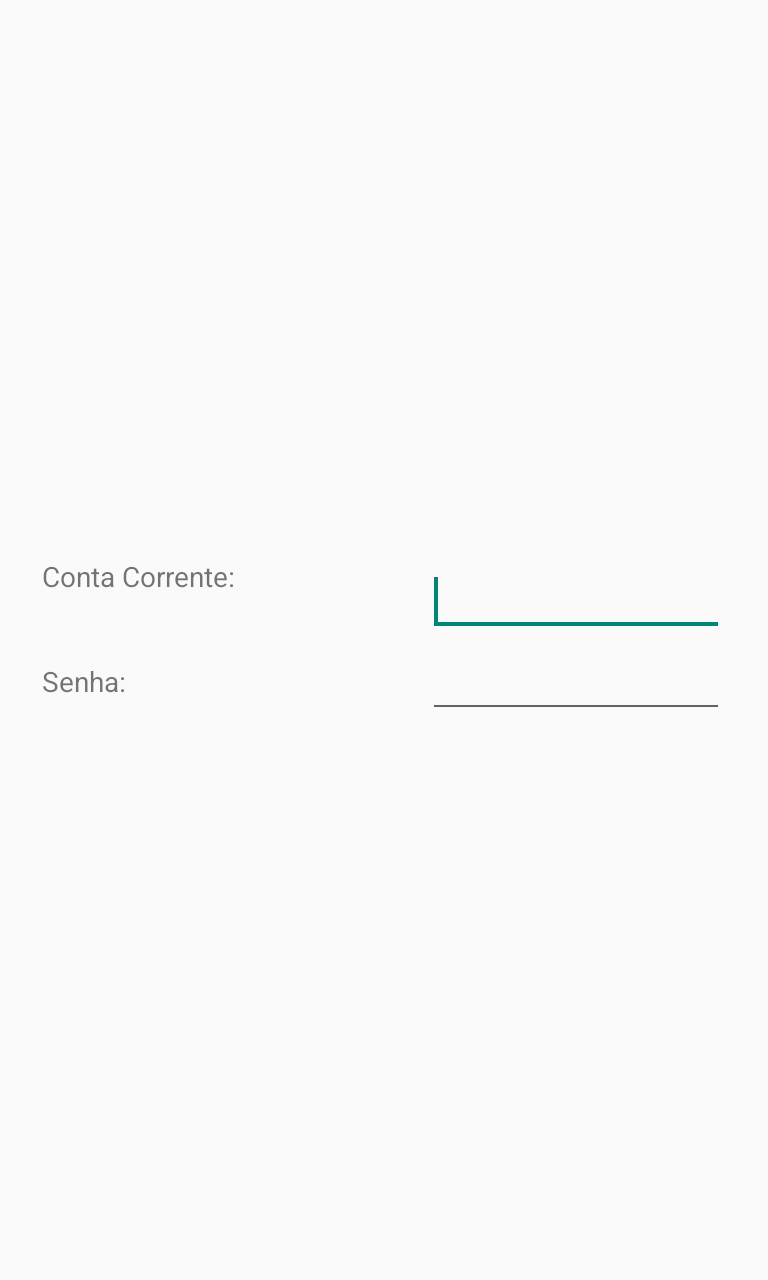
Repository: Desafio/Gerenciador-de-Conta-Corrente
Layout: GerenciadorDeConta/res/layout/fragment_login.xml
The author's editor kept a copy of each file at every save. The layout is drawn from the files as they stood at one save, then again after the next save.
It is drawn on a 768 x 1280 px phone screen (xhdpi) without system bars, with theme AppTheme; the app's code is not run.

Above is the layout before, as saved 2014-04-05 04:05:23.

After the next save:
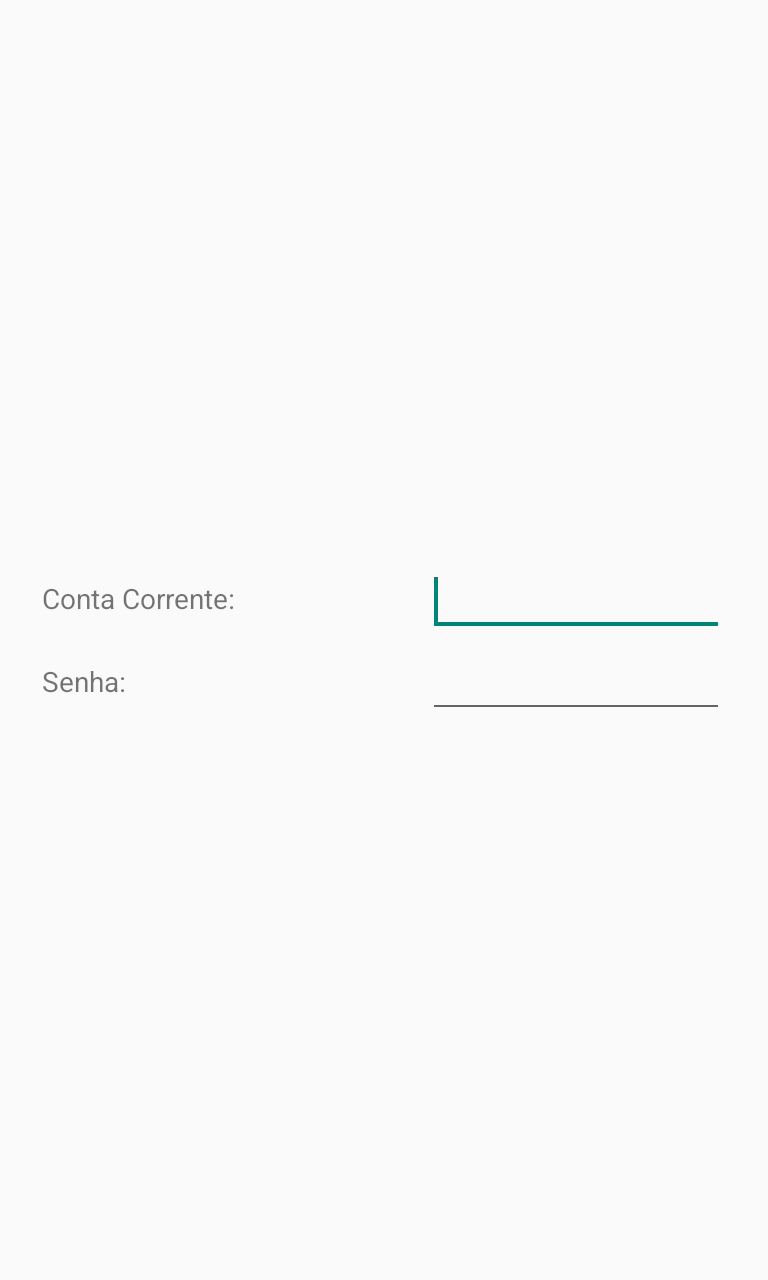
Saved 17 s later.
--- a/GerenciadorDeConta/res/layout/fragment_login.xml
+++ b/GerenciadorDeConta/res/layout/fragment_login.xml
@@ -24,7 +24,8 @@
             <TextView
                 android:layout_width="wrap_content"
                 android:layout_height="wrap_content"
-                android:text="@string/login_conta_corrente" />
+                android:text="@string/login_conta_corrente"
+                android:layout_centerVertical="true" />
 
             <EditText
                 android:id="@+id/contaCorrente"
